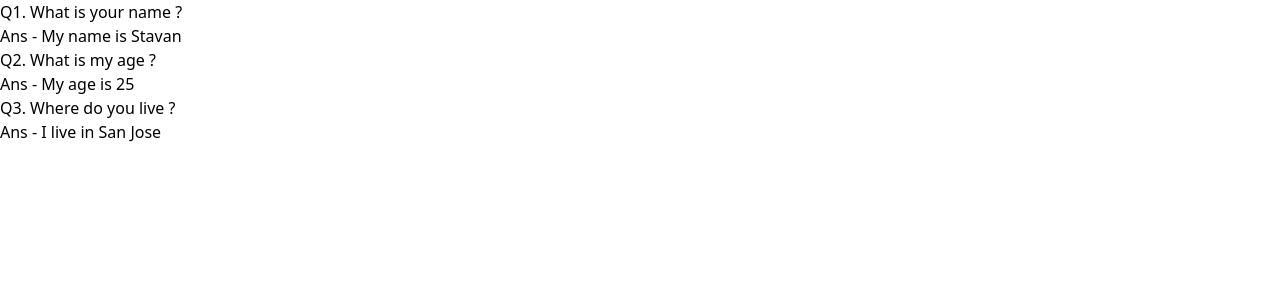
Repository: stavan30/components
Page: /
An editor plug-in stored every save of this project. The page is shown before and after the next save, followed by the edit.
The browser window is 1280 px wide. The pictures show the whole page.
The project was rebuilt for these pictures with package versions that can differ from the ones it lists, and the page was loaded fresh each time.

Above is the page before, as saved 2024-03-13 01:59:25.

### src/index.js
import React from "react";
import ReactDOM from 'react-dom/client'
import './index.css'
import App from './App'

const el = document.getElementById('root')
const root = ReactDOM.createRoot(el)

root.render(<App/>)

### src/App.js
import React from 'react'
import Accordion from './components/Accordion'


const App = () => {
    const items = [
        {
            id: 'd36dqd',
            label: 'Q1. What is your name ?',
            content: 'Ans - My name is Stavan'
        },
        {
            id: '4542vs',
            label: 'Q2. What is my age ?',
            content: 'Ans - My age is 25'
        },
        {
            id: '12ehq3',
            label: 'Q3. Where do you live ?',
            content: 'Ans - I live in San Jose'
        },
    ]

  return (
    <Accordion items={items}/>
  )
}

export default App

### src/components/Accordion.js
import React from 'react'
import { useState } from 'react';

const Accordion = ({items}) => {

    const [expandedIndex, setExpandedIndex] = useState(0)

    const renderedItems = items.map((item, index)=>{
        const isExpanded = index === expandedIndex;

       return (
        <div key={item.id}>
            <div>{item.label}</div>
            <div>{item.content}</div>
        </div>
       )
    });
  return (
    <div>
        {renderedItems}
    </div>
  )
}

export default Accordion

Loaded but not shown: public/index.html (common file); src/index.css (common file); tailwind.config.js (common file)

After the next save:
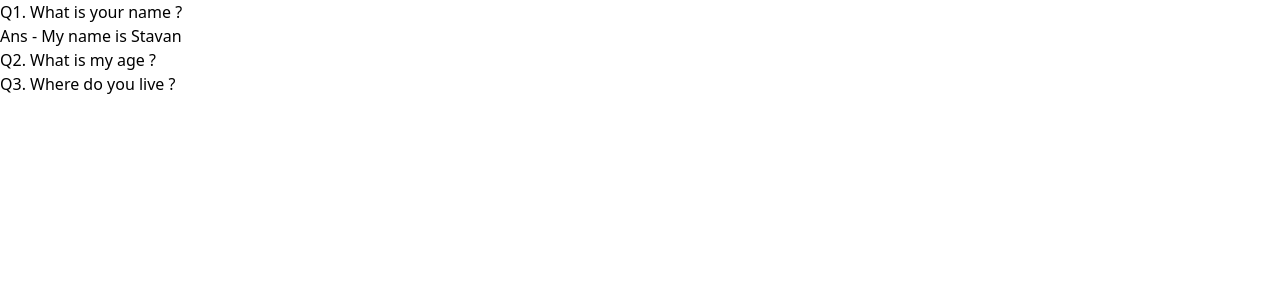
Saved 60 s later.
--- a/src/components/Accordion.js
+++ b/src/components/Accordion.js
@@ -11,7 +11,7 @@ const Accordion = ({items}) => {
        return (
         <div key={item.id}>
             <div>{item.label}</div>
-            <div>{item.content}</div>
+            {isExpanded && <div>{item.content}</div>}
         </div>
        )
     });
